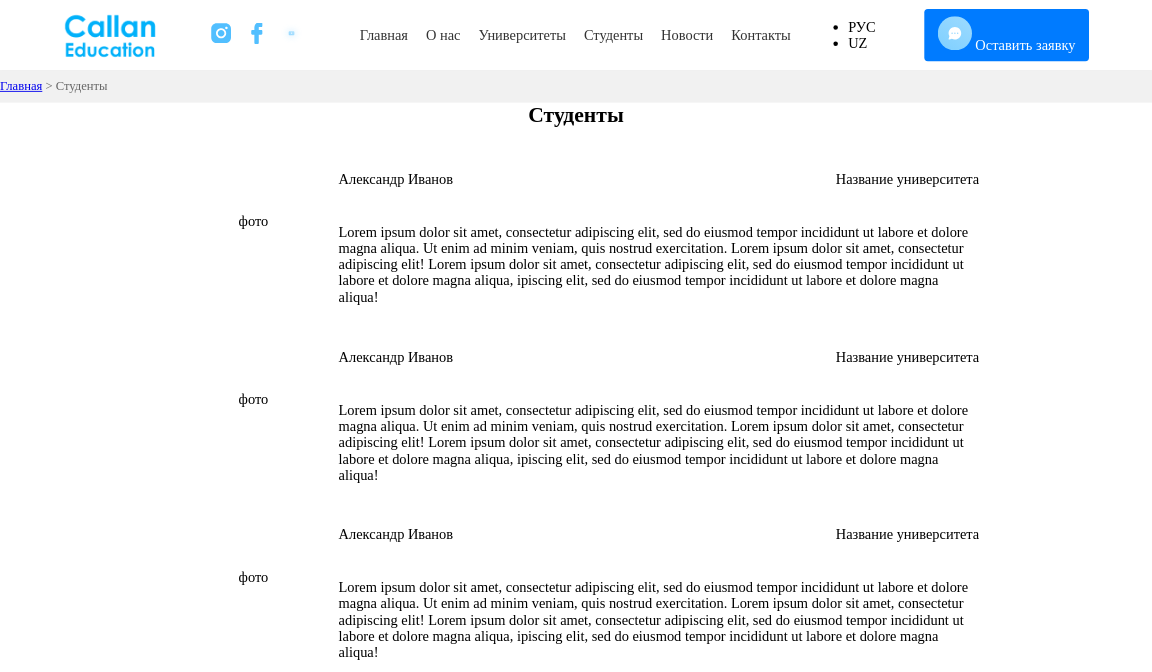
Repository: olyakorzh/Team-project-1
Page: assets/pages/students.html
An editor plug-in stored every save of this project. The page is shown before and after the next save, followed by the edit.
The browser window is 1280 px wide. The pictures show the whole page, at 90% of full size.

Above is the page before, as saved 2024-12-07 10:14:03.

After the next save:
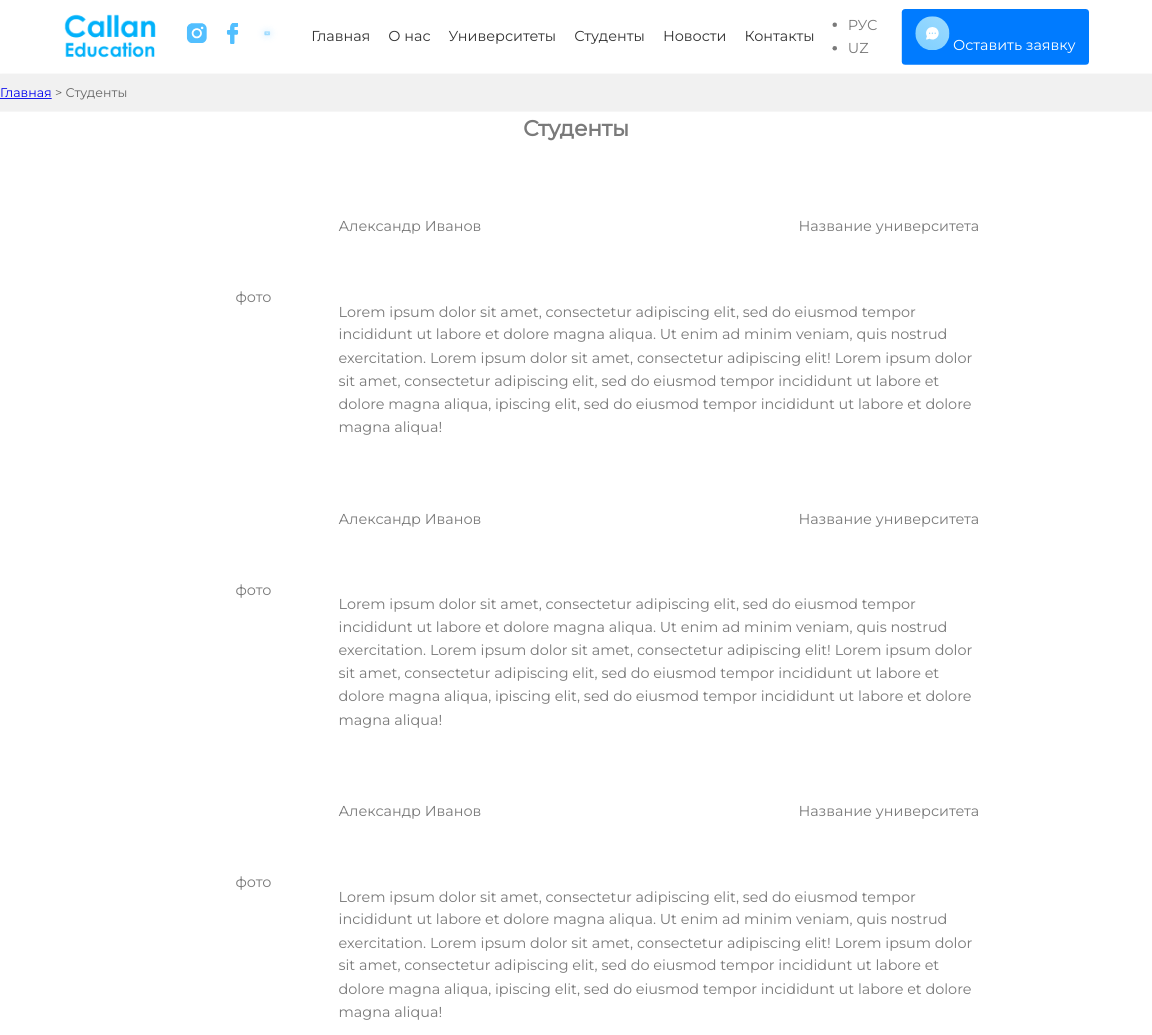
Saved 5 s later.
--- a/assets/styles/students.css
+++ b/assets/styles/students.css
@@ -12,7 +12,15 @@
     box-sizing: border-box;
   }
 
-
+  body {
+    font-family: Montserrat, sans-serif;
+    font-size: 16px;
+    line-height: 1.6;
+    color: #7a7a7a;
+    margin: 0;
+    padding: 0;
+    background-color: white; /* Белый фон для всей страницы */
+  }
 
   .container {
     width: 90%;
